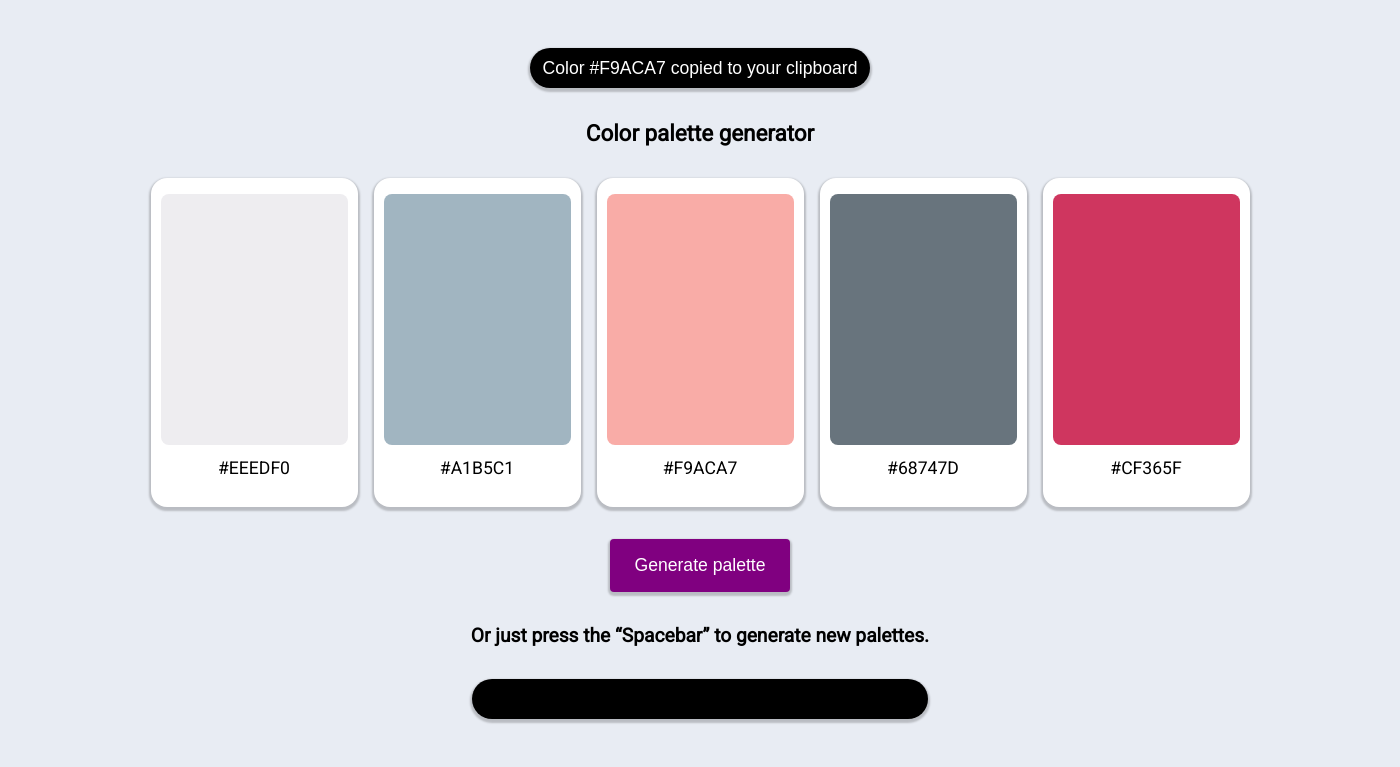
Repository: Hcmwebs/Color-Palette-Generator
Page: index.html
An editor plug-in stored every save of this project. The page is shown before and after the next save, followed by the edit.
The browser window is 1280 px wide. The page is 1400 px wide, so the pictures cover 1400 px, including what lies to the right of the window. The pictures show the whole page.

Above is the page before, as saved 2020-08-09 01:02:02.

### index.html
<!DOCTYPE html>
<html lang="en">
<head>
    <meta charset="UTF-8">
    <meta name="viewport" content="width=device-width, initial-scale=1.0">
    <link rel="stylesheet" href="styles.css">
    <title>Color Pallete Generator</title>
</head>
<body>
    <div class="container">

        <button class="btn">Color #F9ACA7 copied to your clipboard</button>
        <h2>Color palette generator</h2>
        <div class="card">
            <div class="card__item">
                <div class="card__color card__color--lightPurpleish"></div>
                <div class="card__tag">#EEEDF0</div>
            </div>

            <div class="card__item">
                <div class="card__color card__color--lightBlueGreenish"></div>
                <div class="card__tag">#A1B5C1</div>
            </div>

            <div class="card__item card__item--active">
                <div class="card__color card__color--lightReddish"></div>
                <div class="card__tag">#F9ACA7</div>
            </div>

            <div class="card__item">
                <div class="card__color card__color--lightBluish"></div>
                <div class="card__tag">#68747D</div>
            </div>

            <div class="card__item">
                <div class="card__color card__color--reddish"></div>
                <div class="card__tag">#CF365F</div>
            </div>

        </div>
        <button class="btn btn--generate">Generate palette</button>
        <h3>Or just press the “Spacebar” to generate new palettes.</h3>
        <button class="btn btn--white">Click to copy individual color • Press “C” to copy palette</button>
    </div>
</body>
</html>

### styles.css
@import url('https://fonts.googleapis.com/css2?family=Roboto:wght@300;400&display=swap');

* {
  box-sizing: border-box;
  margin: 0;
  padding: 0;
}

body {
  font-family: 'Roboto', sans-serif;
  font-weight: 300;
  font-size: 10px;
  width: 100vw;
  height: 100vh;
  display: grid;
  place-items: center;
  background-color: rgba(124, 107, 107, 0.274);
}
h2,
h3 {
  font-weight: light;
  margin: 2rem;
  text-align: center;
}
h2 {
  font-size: 1.4rem;
}

h3 {
  font-size: 1.2rem;
}
.container {
  width: 1400px;
  max-width: 100%;
  overflow: hidden;
  margin: auto;
  padding: 3rem 0;
  display: flex;
  flex-direction: column;
  justify-content: space-between;
  align-items: center;
  background-color: #e8ecf3;
}

.btn {
  cursor: pointer;
  font-size: 1.1rem;
  margin: auto;
  padding: 0.6rem 0.8rem;
  border-radius: 2.5rem;
  border:none;
  background-color: #000;
  color: #fff;
  box-shadow: 0px 2px 2px 2px rgba(0, 0, 0, 0.2);
  transition: all 0.7s ease-in;
}

.btn:hover {
  transform: scale(1.01);
  box-shadow: 0px 5px 4px 5px rgba(0, 0, 0, 0.5);
}
.card {
  display: grid;
  grid-template-columns: repeat(5, 1fr);
  gap: 1rem;
  justify-content: center;
}
.card__item {
  width: 207px;
  height: 329px;
  padding: 1rem;
  border-radius: 1rem;
  box-shadow: 0px 2px 2px 2px rgba(0, 0, 0, 0.2);
  display: flex;
  flex-direction: column;
  justify-content: space-between;
  align-items: center;
  background-color: #fff;
  cursor:pointer;
  transition: all 0.7s ease-in-out;
}

.card__item:hover {
  box-shadow: 0px 5px 4px 5px rgba(0, 0, 0, 0.5);
  transform: scale(1.01);
}

.card__color {
  width: 187px;
  height: 251px;
  border-radius: 0.5rem;
  padding-bottom: 1rem;
}
.card__color--lightPurpleish {
  background-color: #eeedf0;
}

.card__color--lightBlueGreenish {
  background-color: #a1b5c1;
}

.card__color--lightReddish {
  background-color: #f9aca7;
}

.card__color--lightBluish {
  background-color: #68747d;
}

.card__color--reddish {
  background-color: #cf365f;
}
.card__tag {
  font-size: 1.1rem;
  font-weight: 400;
  margin: auto;
}

.btn--generate {
  background-color: purple;
  color: #fff;
  border-radius: 4px;
  margin-top: 2rem;
  padding: 1rem 1.5rem;
  cursor: pointer;
}
.btn--white {
  border:none;
  color: #000;


}
@media (max-width: 900px) {
  body {
    height: auto;
    padding: 0rem 2rem;
  }
  .container {
    min-width: 620px;
    width: 100%;
  }
  .card {
    grid-template-columns: repeat(2, 1fr);
  }
}
@media (max-width: 600px) {
  .container {
    min-width: 300px;
    width: 100%;
  }
  .card {
    grid-template-columns: 1fr;
  }
  .btn {
    width: 80%;
  }
}

After the next save:
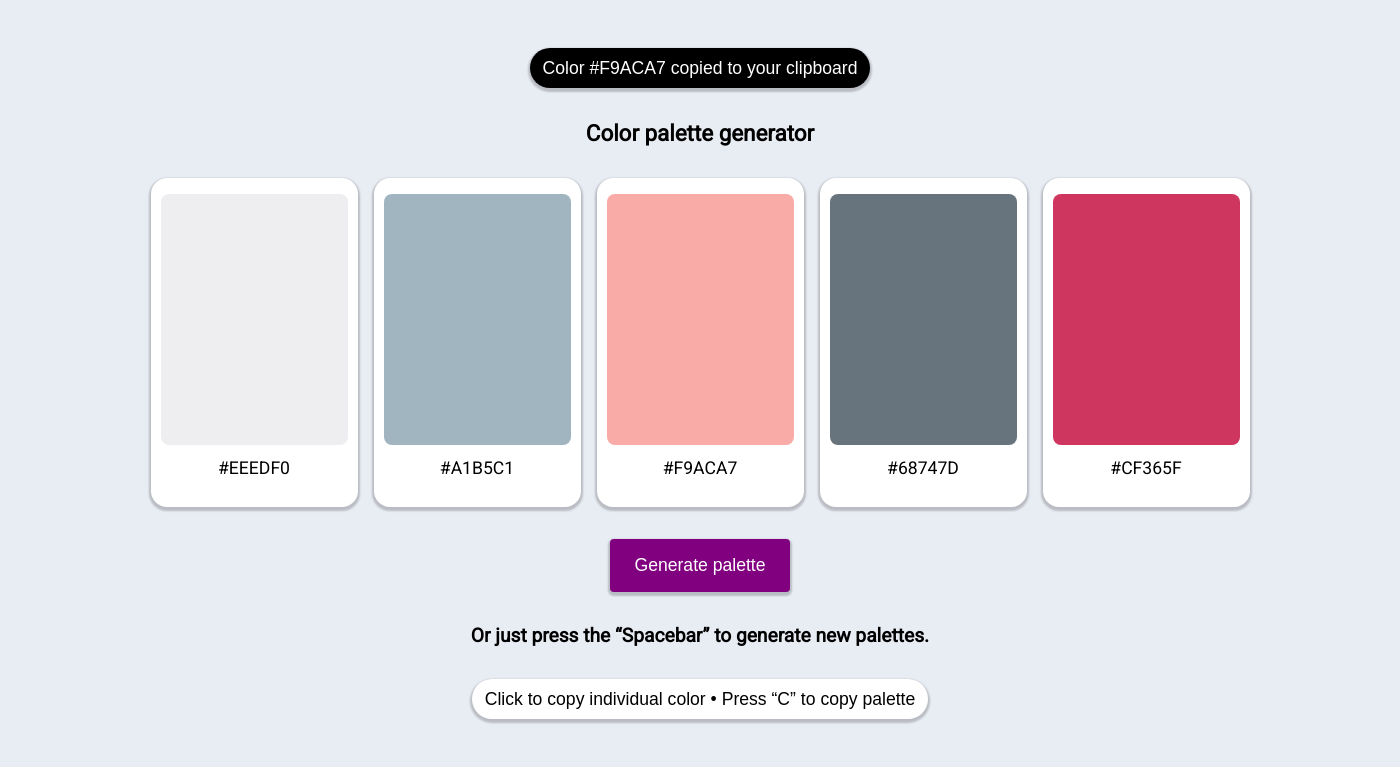
Saved 31 s later.
--- a/styles.css
+++ b/styles.css
@@ -125,7 +125,7 @@ h3 {
   cursor: pointer;
 }
 .btn--white {
-  border:none;
+ background-color: #fff;
   color: #000;
 
 
